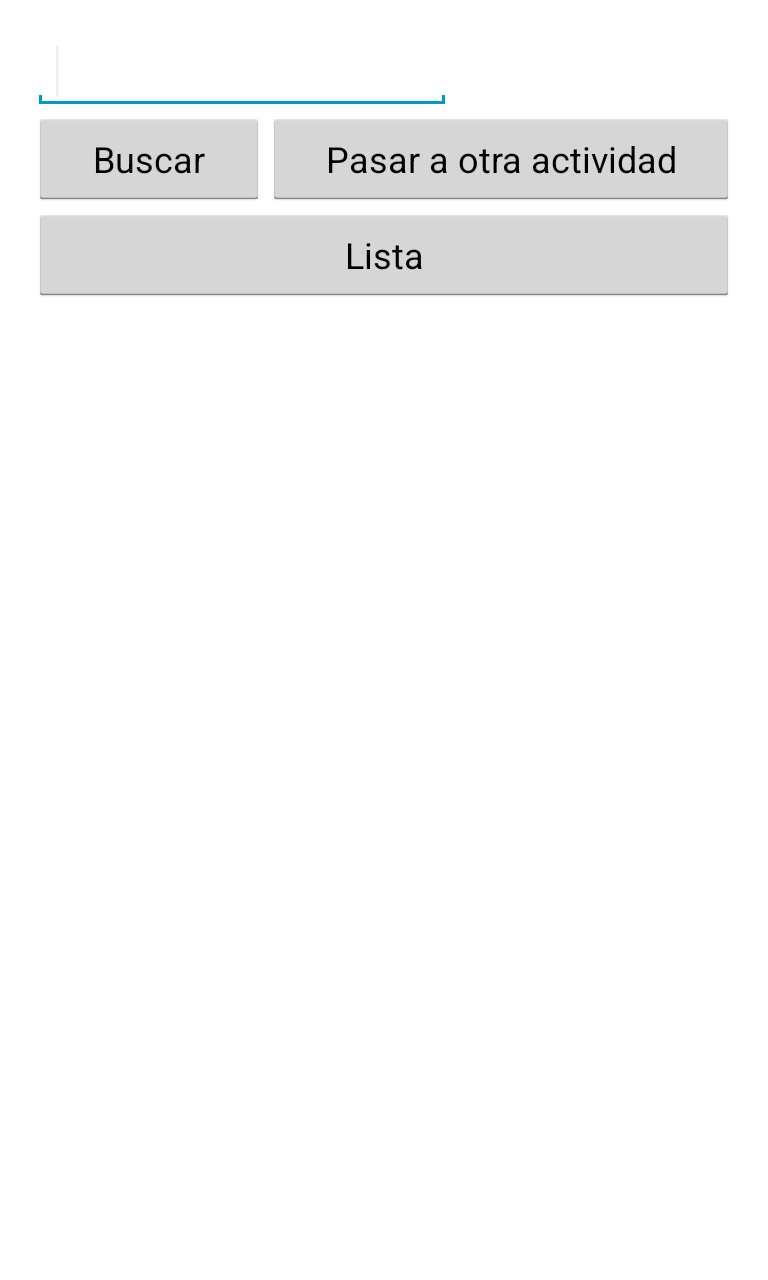
Repository: sstevenmr/SP-Galileo
Layout: Demo/res/layout/activity_main.xml
The author's editor kept a copy of each file at every save. The layout is drawn from the files as they stood at one save, then again after the next save.
It is drawn on a 768 x 1280 px phone screen (xhdpi) without system bars, with theme AppTheme; the app's code is not run.

Above is the layout before, as saved 2014-01-26 15:51:41.

After the next save:
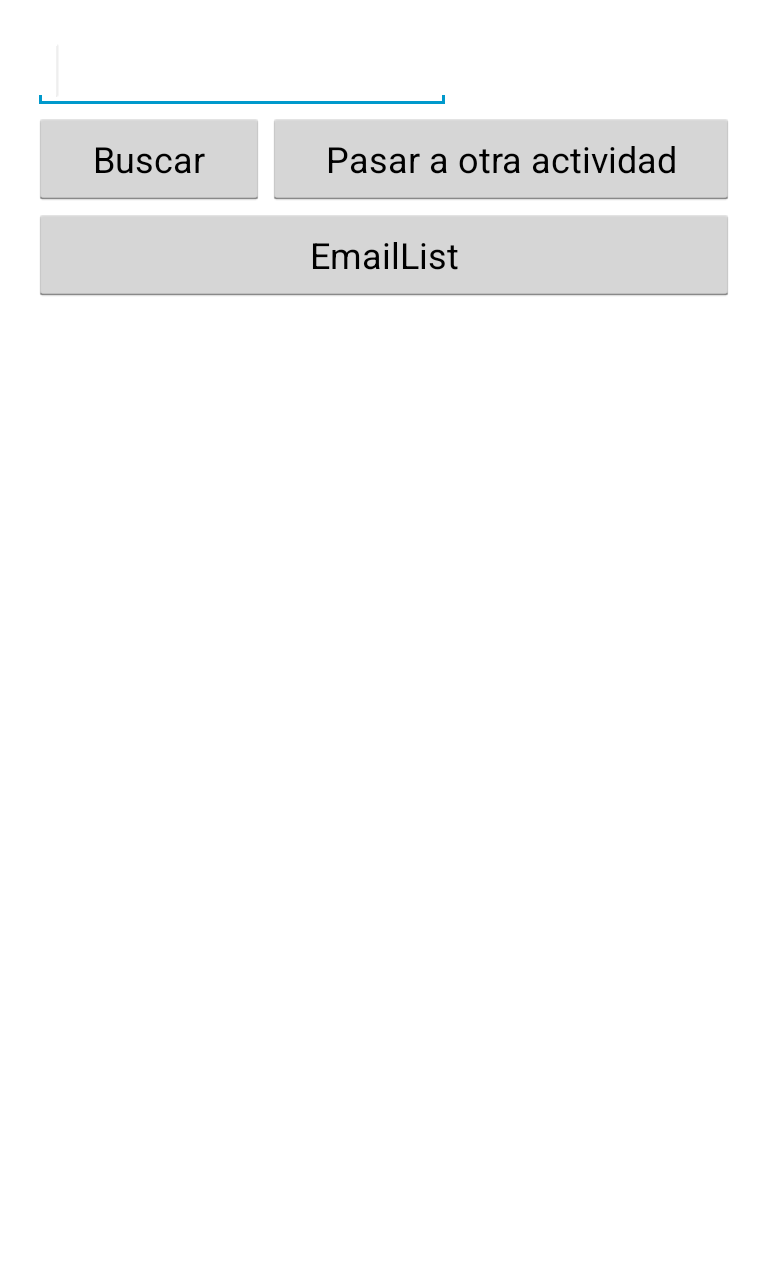
Saved 84 s later.
--- a/Demo/res/layout/activity_main.xml
+++ b/Demo/res/layout/activity_main.xml
@@ -43,5 +43,5 @@
 	        android:id="@+id/btnList"
 	        android:layout_width="match_parent"
 	        android:layout_height="wrap_content"
-	        android:text="@string/btn_list"/>"
+	        android:text="@string/title_activity_email_list_activity"/>"
 </LinearLayout>
